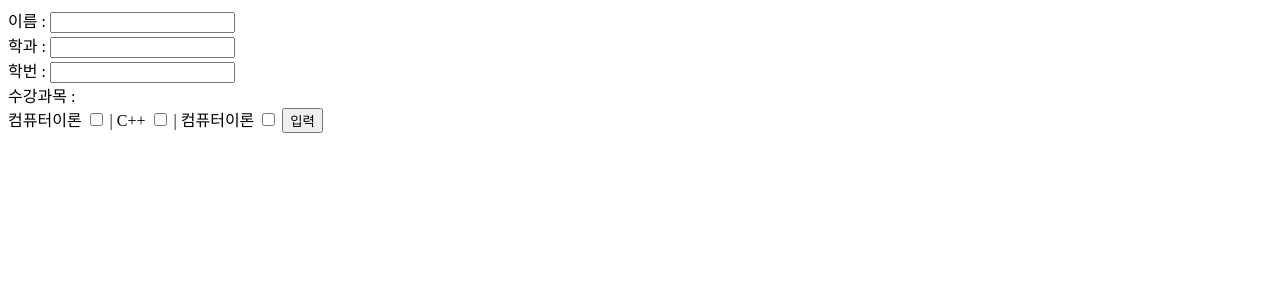
Repository: GitOnibi/jsp
Page: http://localhost/JSPprojec/school/stu_input.jsp
An editor plug-in stored every save of this project. The page is shown before and after the next save, followed by the edit.
The browser window is 1280 px wide. The pictures show the whole page.
The page is served by Tomcat 9.

Above is the page before, as saved 2019-01-07 12:53:18.

After the next save:
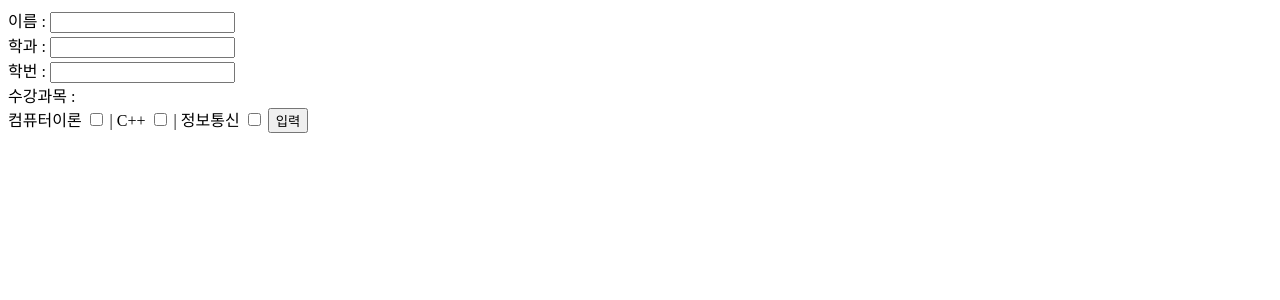
Saved 5 s later.
--- a/JSPprojec/WebContent/school/stu_input.jsp
+++ b/JSPprojec/WebContent/school/stu_input.jsp
@@ -11,7 +11,7 @@
 		학과 : <input type="text" name="dep_name" id="dep_name"/><br />
 		학번 : <input type="number" name="stu_num" id="stu_num"/><br />
 		수강과목 : <br />
-		컴퓨터이론 <input type="checkbox" name="dep_ck" id="dep_ck"/> | C++ <input type="checkbox" name="dep_ck" id="dep_ck"/> | 컴퓨터이론 <input type="checkbox" name="dep_ck" id="dep_ck"/>
+		컴퓨터이론 <input type="checkbox" name="dep_ck" id="dep_ck"/> | C++ <input type="checkbox" name="dep_ck" id="dep_ck"/> | 정보통신 <input type="checkbox" name="dep_ck" id="dep_ck"/>
 		<input type="submit" value="입력"/>
 	</form>
 </body>
